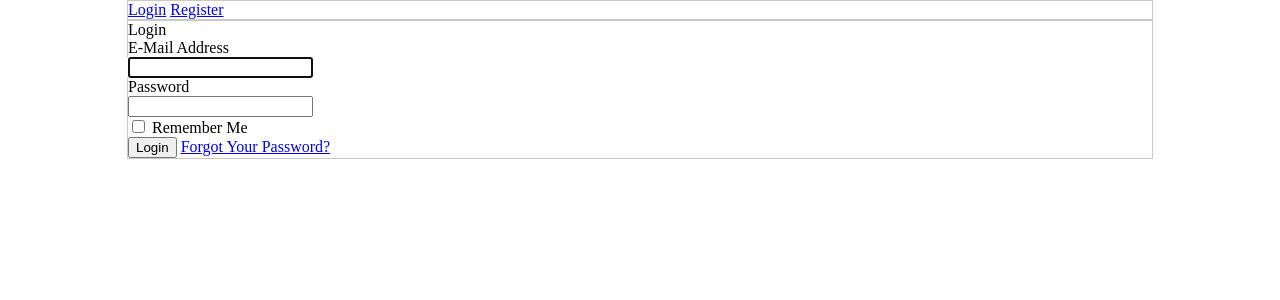
Repository: PatryxB/bikeService
Page: http://localhost/login
An editor plug-in stored every save of this project. The page is shown before and after the next save, followed by the edit.
The browser window is 1280 px wide. The pictures show the whole page.
The page is served by the project's Laravel application, run on PHP 8.4 with Laravel 8. Other server files are loaded and not shown. Style sheets and scripts are compiled from the project's sources, by tool versions that may differ from the author's.

Above is the page before, as saved 2020-05-01 13:47:42.

### resources/views/layouts/app.blade.php
<!doctype html>
<html lang="{{ str_replace('_', '-', app()->getLocale()) }}">
<head>
    <meta charset="utf-8">
    <meta name="viewport" content="width=device-width, initial-scale=1">

    <!-- CSRF Token -->
    <meta name="csrf-token" content="{{ csrf_token() }}">

    <title>{{ config('app.name', 'Laravel') }}</title>

    <!-- Scripts -->
    <script src="{{ asset('js/app.js') }}" defer></script>

    <!-- Fonts -->
    <link rel="dns-prefetch" href="//fonts.gstatic.com">
    <link href="https://fonts.googleapis.com/css?family=Nunito" rel="stylesheet">

    <!-- Styles -->
    <link href="{{ asset('css/app.css') }}" rel="stylesheet">
</head>
<body>
    <div id="app">
        <nav>
            @if (Route::has('login'))
                <div>
                    @auth
                        <a href="{{ url('/home') }}">Home</a>
                    @else
                        <a href="{{ route('login') }}">Login</a>

                        @if (Route::has('register'))
                            <a href="{{ route('register') }}">Register</a>
                        @endif
                    @endauth
                </div>
            @endif

        </nav>
        <main>
            @yield('content')
        </main>
    </div>
</body>
</html>

### resources/sass/app.scss
html, body{
    box-sizing: border-box;
    margin: 0;
    padding: 0;
}
.container, nav{
    width: 80%;
    margin: 0 auto;
    border: solid 1px rgba(165, 165, 165, .6);
}
.banner img{
    width: 100%;
    height: 50vh;
}

Loaded but not shown: routes/web.php (common file); app/Http/Controllers/Auth/LoginController.php (common file); app/Http/Controllers/Controller.php (common file); app/Http/Controllers/Auth/ConfirmPasswordController.php (common file); resources/views/auth/login.blade.php (common file)

After the next save:
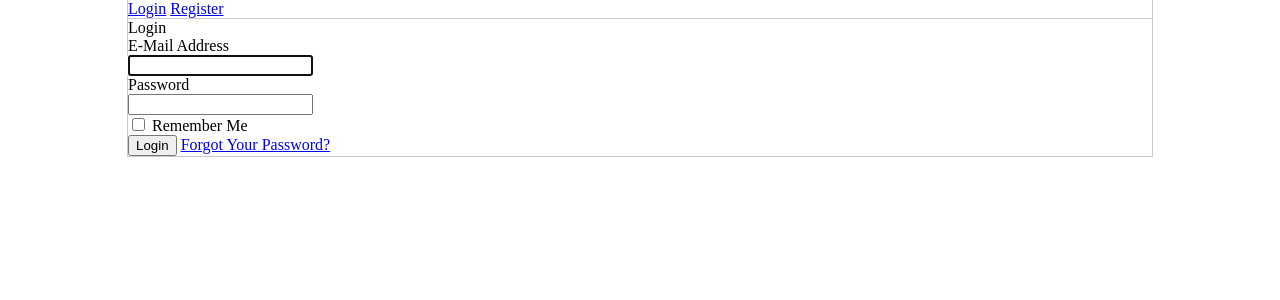
Saved 45 s later.
--- a/resources/sass/app.scss
+++ b/resources/sass/app.scss
@@ -3,7 +3,13 @@ html, body{
     margin: 0;
     padding: 0;
 }
-.container, nav{
+nav{
+    width: 80%;
+    margin: 0 auto;
+    border-left: solid 1px rgba(165, 165, 165, .6);
+    border-right: solid 1px rgba(165, 165, 165, .6);
+}
+.container{
     width: 80%;
     margin: 0 auto;
     border: solid 1px rgba(165, 165, 165, .6);
